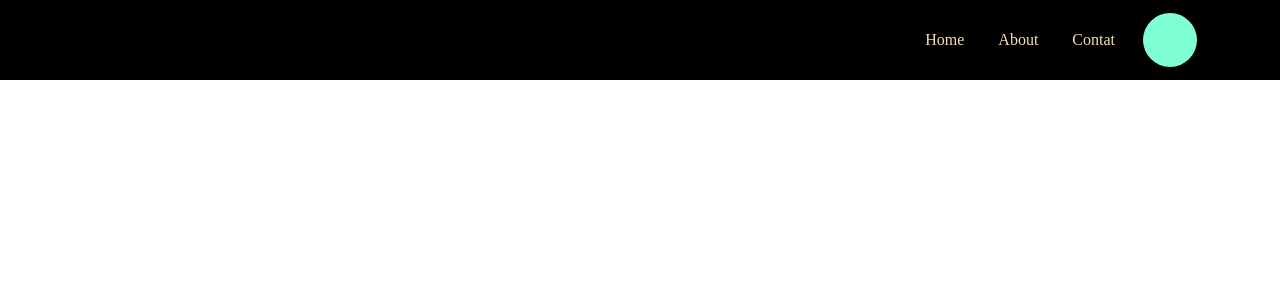
Repository: imokha01/toggleNavBar
Page: index.html
These files come from the project's save history. The page is drawn as it stood at one moment and after the next save; the edit follows.
The browser window is 1280 px wide. The pictures show the whole page.

Above is the page before, as saved 2023-12-26 22:32:23.

### index.html
<!DOCTYPE html>
<html lang="en">
<head>
    <meta charset="UTF-8">
    <meta name="viewport" content="width=device-width, initial-scale=1.0">
    <title>Toggle Nav Bar</title>
    <link rel="stylesheet" href="style.css">
</head>
<body>
    <header class="header">
        <div class="header__content">
            <nav class="header__content__navbar">
                <li class="header__content__navbar__list">
                    <a href="#" class="header__content__navbar__link">Home</a>
                </li>
                <li class="header__content__navbar__list">
                    <a href="#" class="header__content__navbar__link">About</a>
                </li>
                <li class="header__content__navbar__list">
                    <a href="#" class="header__content__navbar__link">Contat</a>
                </li>
            </nav>
            <input type="checkbox" class="checkbox toggle-triger">
        </div>

    </header>
</body>
</html>

### style.css
*{
    margin: 0;
    padding: 0;
    box-sizing: border-box;
}

.header {
    background: #000;
    /* height: 70px; */

}


.header__content__navbar__list {
    display: inline-block;
    list-style-type: none;
}

.header__content__navbar__link{
    color: wheat;
    text-decoration: none;
    padding: 15px;
}

.header__content {
    display: flex;
    justify-content: end;
    align-items: center;
    padding: 10px 20px;

    gap: 10px;
}

.checkbox {
    width: 120px;
    height:60px;
    border-radius: 60px;
    appearance: none;
    position: relative;
    outline: none;
    cursor: pointer;
    transition: .5s;
}

.checkbox::before {
    height: 60px;
    width: 60px;
    position: absolute;
    top: 0;
    left: 0;
    content: "";
    background-color: aquamarine;
    border-radius: 60px;
    transform: scale(0.9);
}

After the next save:
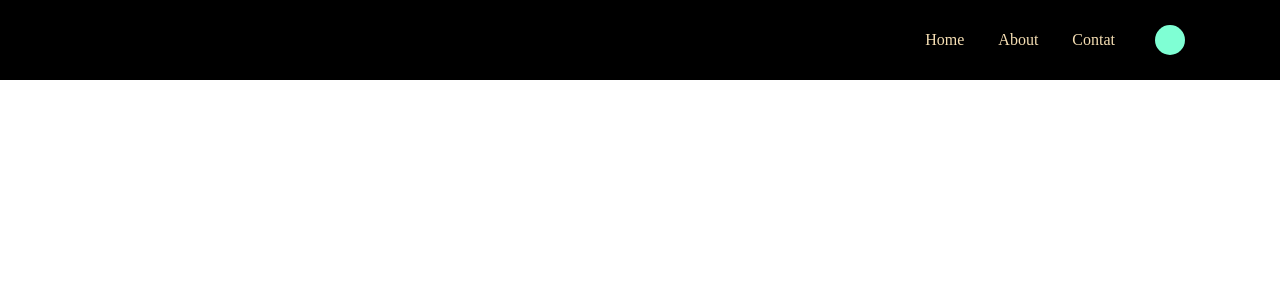
Saved 5 s later.
--- a/style.css
+++ b/style.css
@@ -51,5 +51,5 @@
     content: "";
     background-color: aquamarine;
     border-radius: 60px;
-    transform: scale(0.9);
+    transform: scale(0.5);
 }
